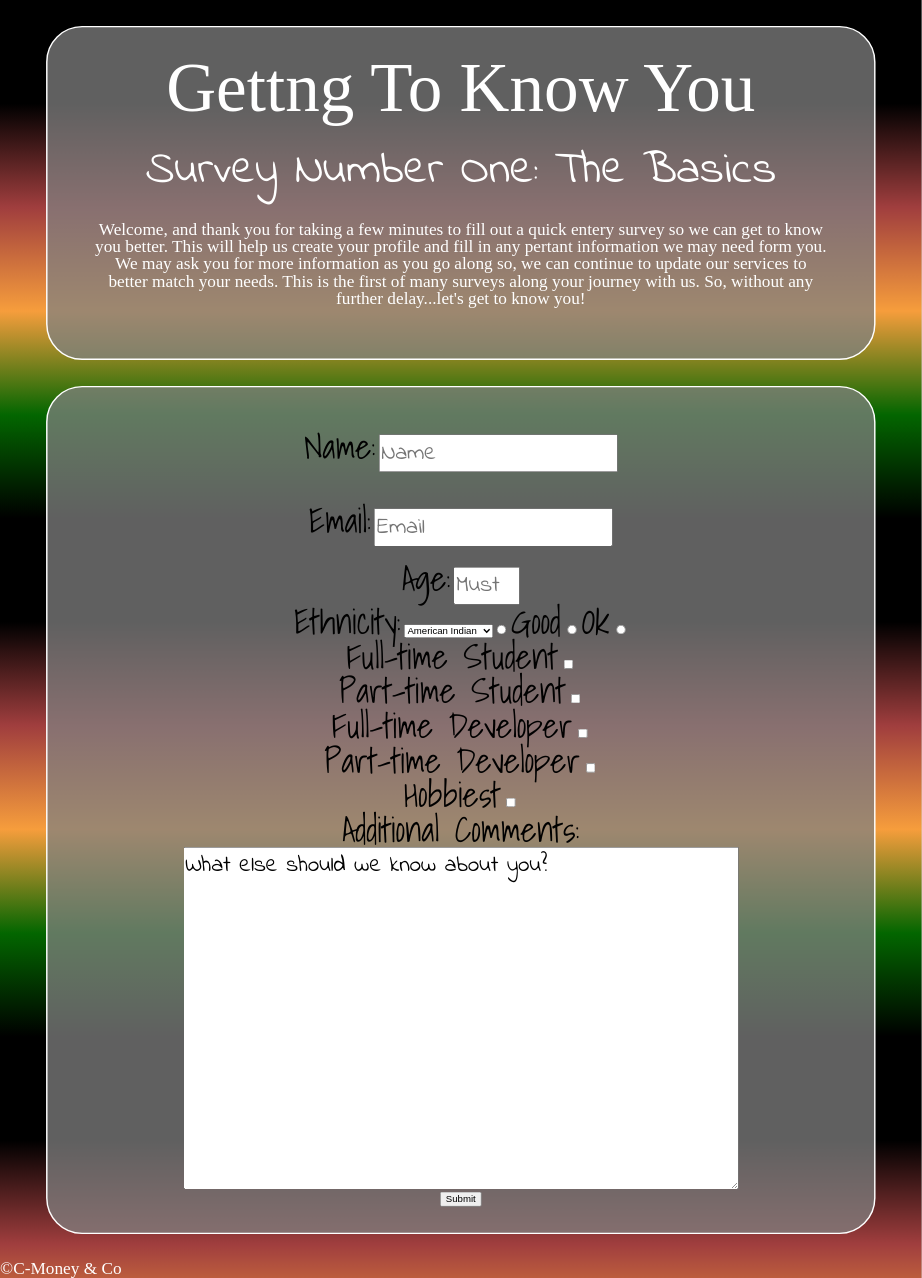
Repository: ctcoleman/surveyForm
Page: index.html
An editor plug-in stored every save of this project. The page is shown before and after the next save, followed by the edit.
The browser window is 1280 px wide. The pictures show the whole page, at 72% of full size.
Some web fonts or font styles are not loaded; a fallback is used.

Above is the page before, as saved 2020-06-29 11:21:29.

After the next save:
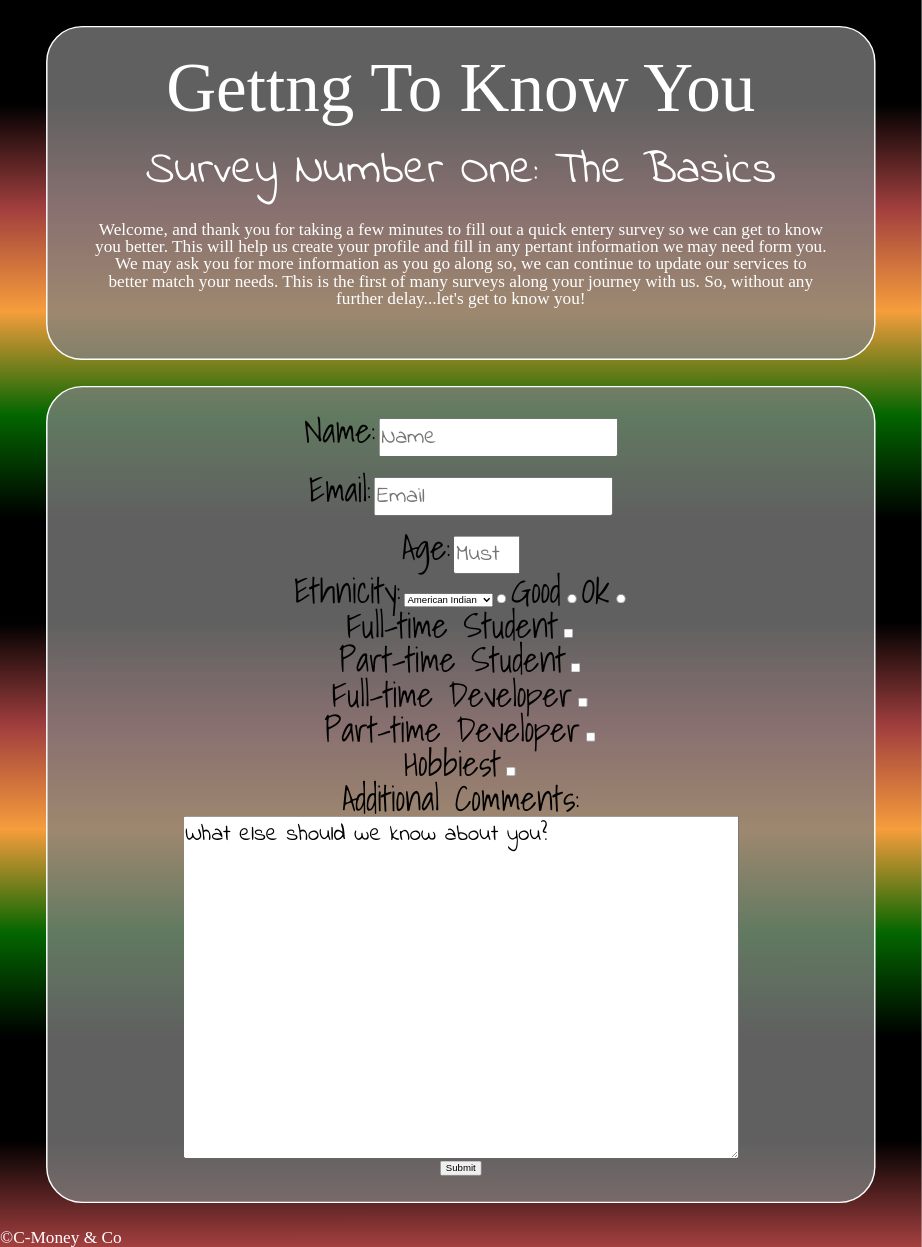
Saved 12 s later.
--- a/assets/stylesheets/index.css
+++ b/assets/stylesheets/index.css
@@ -131,7 +131,9 @@ header {
 /*
 === Name Styling ===
 */
-.nameEntery {
+.nameEntery,
+.emailEntery,
+. {
   margin: 3vh 0;
 }
 
